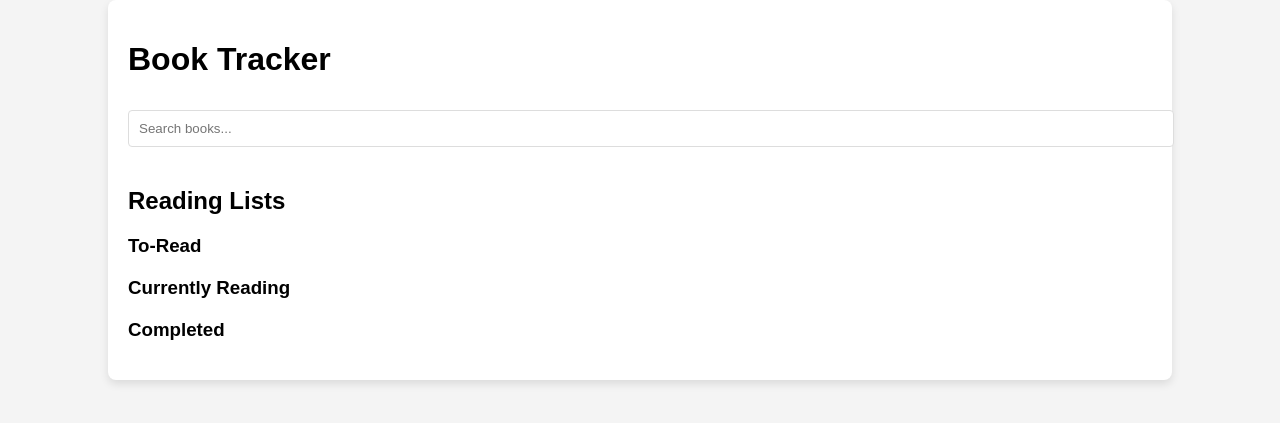
Repository: PEEZYBEE/phase-1-javascript-project-mode
Page: index.html
These files come from the project's save history. The page is drawn as it stood at one moment and after a run of saves; the edit follows.
The browser window is 1280 px wide. The pictures show the whole page.

Above is the page before, as saved 2025-03-25 13:12:42.

After the next 2 saves:
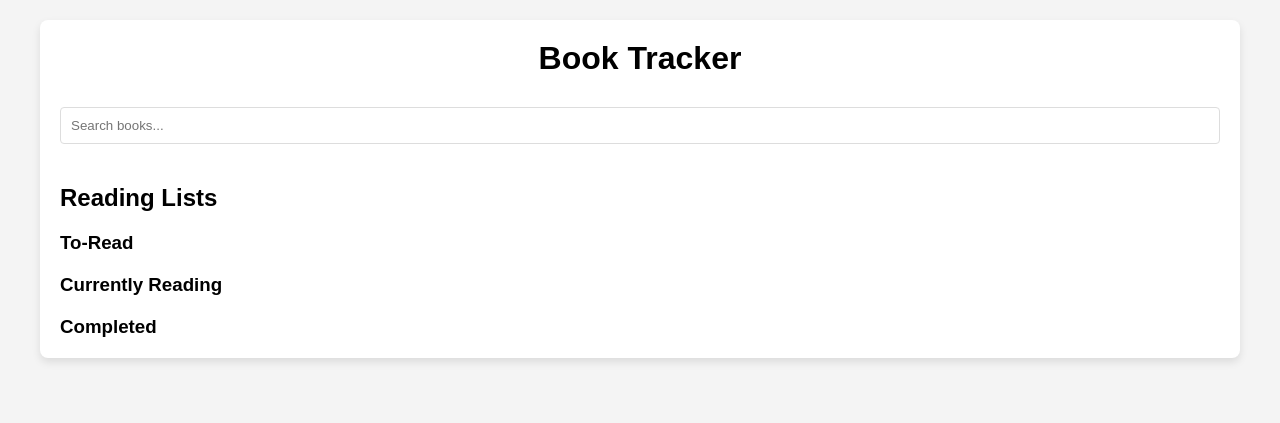
The 2 saves are shown as one change because they came seconds apart.
The last was saved 3 min 19 s later.
--- a/style.css
+++ b/style.css
@@ -1,12 +1,18 @@
+/* General Reset */
+* {
+    margin: 0;
+    padding: 0;
+    box-sizing: border-box;
+}
+
 body {
     font-family: Arial, sans-serif;
     background-color: #f4f4f4;
-    margin: 0;
-    padding: 0;
+    padding: 20px;
 }
 
 .container {
-    width: 80%;
+    max-width: 1200px;
     margin: 0 auto;
     background-color: white;
     padding: 20px;
@@ -14,6 +20,12 @@
     box-shadow: 0 4px 8px rgba(0, 0, 0, 0.1);
 }
 
+h1 {
+    text-align: center;
+    margin-bottom: 20px;
+}
+
+/* Search Bar */
 input[type="text"] {
     width: 100%;
     padding: 10px;
@@ -22,6 +34,54 @@
     border-radius: 4px;
 }
 
+/* Book List */
+#bookList {
+    display: flex;
+    flex-wrap: wrap;
+    justify-content: space-between;
+}
+
+#bookList .book {
+    background-color: #fff;
+    margin: 10px;
+    padding: 15px;
+    border-radius: 8px;
+    box-shadow: 0 2px 4px rgba(0, 0, 0, 0.1);
+    width: 30%;
+    text-align: center;
+}
+
+#bookList .book img {
+    max-width: 100%;
+    height: auto;
+    border-radius: 5px;
+    margin-bottom: 10px;
+}
+
+#bookList .book h3 {
+    font-size: 1.2em;
+    margin-bottom: 10px;
+}
+
+#bookList .book p {
+    font-size: 1em;
+    margin-bottom: 10px;
+}
+
+button {
+    padding: 5px 10px;
+    background-color: #007BFF;
+    color: white;
+    border: none;
+    border-radius: 4px;
+    cursor: pointer;
+}
+
+button:hover {
+    background-color: #0056b3;
+}
+
+/* Reading Lists */
 #readingLists {
     margin-top: 30px;
 }
@@ -39,15 +99,43 @@
     margin: 10px 0;
 }
 
-button {
-    padding: 5px 10px;
-    background-color: #007BFF;
-    color: white;
-    border: none;
-    border-radius: 4px;
-    cursor: pointer;
+/* Media Queries for Responsiveness */
+
+/* Mobile: Stack all the elements vertically */
+@media (max-width: 600px) {
+    .container {
+        padding: 10px;
+    }
+
+    #bookList .book {
+        width: 100%; /* Make books full width on smaller screens */
+        margin: 10px 0;
+    }
+
+    #readingLists {
+        margin-top: 20px;
+    }
+
+    #readingLists div {
+        margin-top: 15px;
+    }
+
+    input[type="text"] {
+        padding: 12px;
+        font-size: 1.1em;
+    }
 }
 
-button:hover {
-    background-color: #0056b3;
+/* Tablet: Show two books per row */
+@media (min-width: 601px) and (max-width: 1024px) {
+    #bookList .book {
+        width: 45%; /* Books take up 45% width on tablets */
+    }
 }
+
+/* Desktop: Keep as is */
+@media (min-width: 1025px) {
+    #bookList .book {
+        width: 30%; /* Three books per row on larger screens */
+    }
+}
